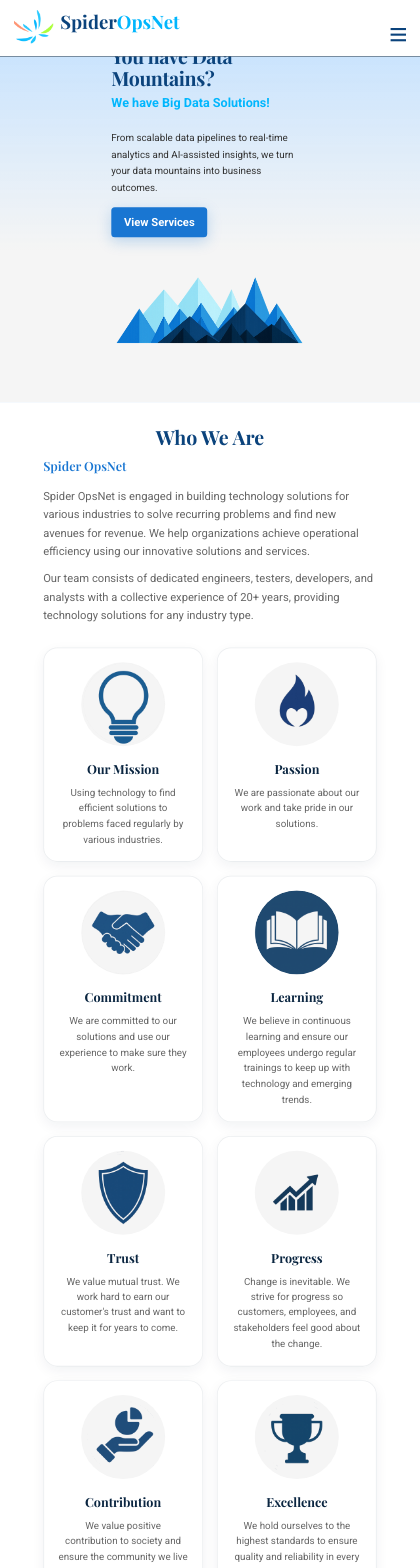
Repository: Yeshwanth-189/spiderOpsNet
Page: / (app in spideropsnet-frontend/)
An editor plug-in stored every save of this project. The page is shown before and after the next save, followed by the edit.
The browser window is 600 px wide. The pictures show the part of the page from y = 0 to 2240 px (the page is 3705 px tall before and 3765 px after), at 70% of full size.
The project was rebuilt for these pictures with package versions that can differ from the ones it lists, and the page was loaded fresh each time. Also part of the build but not shown: spideropsnet-frontend/vite.config.js.

Above is the page before, as saved 2025-09-04 19:40:09.

### spideropsnet-frontend/index.html
<!DOCTYPE html>
<html lang="en">
  <head>
    <meta charset="UTF-8" />
    <link rel="icon" type="image/svg+xml" href="/spideropsnet.svg" />
    <link
      href="https://fonts.googleapis.com/css2?family=Playfair+Display:wght@400;600;700&family=Roboto:wght@400;500;700&display=swap"
      rel="stylesheet"
    />
    <meta name="viewport" content="width=device-width, initial-scale=1.0" />
    <title>SpiderOpsNet</title>
  </head>
  <body>
    <div id="root"></div>
    <script type="module" src="/src/main.jsx"></script>
  </body>
</html>

### spideropsnet-frontend/src/App.jsx
import "./App.css";
import SpiderOpsNet from "./components/SpiderOpsNet";
import { BrowserRouter as Router, Routes, Route } from "react-router-dom";

function App() {
  return (
    <>
      <Router>
        <Routes>
          <Route path="/" element={<SpiderOpsNet />} />
          {/* <Route path="/overview" element={<Overview />} />
          <Route path="/profession" element={<Profession />} />
          <Route path="/projects" element={<Project />} />
          <Route path="/education" element={<Education />} />
          <Route path="/skills" element={<Skills />} />
          <Route path="/achievements" element={<Awards />} /> */}
        </Routes>
      </Router>
    </>
  );
}

export default App;

### spideropsnet-frontend/src/App.css
:root {
  /* Brand Colors */
  --color-primary: #0b437c; /* Dark Navy Blue */
  --color-secondary: #00b6fd; /* Professional Light Blue */

  /* Backgrounds */
  --color-bg: #ffffff;
  --color-bg-light: #f5f5f5;

  /* Neutral Grays */
  --color-gray-dark: #333333;
  --color-gray-mid: #666666;
  --color-gray-light: #f5f5f5;

  /* Status Colors */
  --color-success: #2e7d32;
  --color-warning: #ed6c02;
  --color-error: #d32f2f;

  /* Typography */
  --font-heading: "Playfair Display", serif;
  --font-body: "Roboto", sans-serif;

  /* Font Sizes (scalable for responsive design) */
  --text-h1: 2.5rem;
  --text-h2: 2rem;
  --text-h3: 1.5rem;
  --text-body: 1rem;
  --text-small: 0.875rem;

  /* Spacing (consistent padding/margin system) */
  --space-xs: 4px;
  --space-sm: 8px;
  --space-md: 16px;
  --space-lg: 24px;
  --space-xl: 32px;

  /* Border Radius */
  --radius-sm: 4px;
  --radius-md: 8px;
  --radius-lg: 16px;

  /* Shadows */
  --shadow-sm: 0 1px 2px rgba(0, 0, 0, 0.05);
  --shadow-md: 0 4px 6px rgba(0, 0, 0, 0.1);
  --shadow-lg: 0 10px 15px rgba(0, 0, 0, 0.15);
}

html,
body {
  margin: 0;
  padding: 0;
}
* {
  box-sizing: border-box;
}
/* Base Typography */
body {
  font-family: var(--font-body);
  font-size: var(--text-body);
  color: var(--color-gray-dark);
  background-color: var(--color-bg);
  margin: 0;
  padding: 0;
}

h1,
h2,
h3,
h4,
h5,
h6 {
  font-family: var(--font-heading);
  color: var(--color-primary);
  margin: 0 0 var(--space-md);
}

p {
  margin: 0 0 var(--space-md);
  color: var(--color-gray-mid);
}

### spideropsnet-frontend/src/components/SpiderOpsNet.jsx
import React from "react";
import Hero from "../components/Hero";
import NavBar from "../components/NavBar";
import About from "../components/About";
import Services from "../components/Services";
// import Experience from "../components/Experience";
// import Communications from "../components/Communications";
import "../styles/SpiderOpsNet.css";

function SpiderOpsNet() {
  return (
    <>
      <NavBar />
      <Hero />
      <About />
      <Services />
      {/* <Experience />
      <Communications /> */}
    </>
  );
}

export default SpiderOpsNet;

### spideropsnet-frontend/src/components/Hero.jsx
import React from "react";
import "../styles//Hero.css";
import DataMountains from "../assets/DataMountains.png";
// eslint-disable-next-line no-unused-vars
import { motion, useReducedMotion } from "framer-motion";

export default function Hero({
  title = "You have Data Mountains?",
  subtitle = "We have Big Data Solutions!",
  paragraph = "From scalable data pipelines to real-time analytics and AI-assisted insights, we turn your data mountains into business outcomes.",
  ctaText = "View Services",
  onCtaClick = () => {},
  imageAlt = "Abstract mountain range representing big data layers",
}) {
  const prefersReducedMotion = useReducedMotion();

  const initial = prefersReducedMotion ? { opacity: 0 } : { opacity: 0, y: 40 };
  const animate = prefersReducedMotion ? { opacity: 1 } : { opacity: 1, y: 0 };
  const transition = prefersReducedMotion
    ? { duration: 0.6, ease: "easeOut" }
    : { duration: 0.9, ease: "easeOut" };
  return (
    <motion.section
      className="hero"
      aria-label="Data Solutions Hero"
      initial={initial}
      animate={animate}
      transition={transition}
    >
      <header className="hero__header">
        <h1 className="hero__title">{title}</h1>
        <h1 className="hero__subtitle">{subtitle}</h1>
      </header>

      <div className="hero__left">
        <p className="hero__paragraph">{paragraph}</p>
        <button className="hero__cta" onClick={onCtaClick} aria-label={ctaText}>
          {ctaText}
        </button>
      </div>

      <figure className="hero__right">
        <img
          className="hero__image"
          src={DataMountains}
          alt={imageAlt}
          loading="eager"
        />
      </figure>
    </motion.section>
  );
}

### spideropsnet-frontend/src/components/NavBar.jsx
import React, { useState } from "react";
import { Link } from "react-router-dom";
import "../styles/NavBar.css";
import SpiderOpsNet from "../assets/SpiderOpsNet.png";

function Navbar() {
  const [isOpen, setIsOpen] = useState(false);

  return (
    <nav className="navbar">
      <div className="navbar-grid">
        <div className="col-1" />

        <div className="col-2to11 navbar-content">
          <div className="navbar-logo">
            <img
              alt="logo"
              className="navbar-logo-image"
              src={SpiderOpsNet}
            ></img>
            <h2>
              <span className="primary"></span>Spider
              <span className="secondary">OpsNet</span>
            </h2>
            <div className="hamburger" onClick={() => setIsOpen(!isOpen)}>
              <span className={isOpen ? "bar rotate-top" : "bar"}></span>
              <span className={isOpen ? "bar fade" : "bar"}></span>
              <span className={isOpen ? "bar rotate-bottom" : "bar"}></span>
            </div>
          </div>

          {/* Links */}
          <div className={`navbar-links ${isOpen ? "open" : ""}`}>
            <Link to="/Home" onClick={() => setIsOpen(false)}>
              Home
            </Link>
            <Link to="/About" onClick={() => setIsOpen(false)}>
              About
            </Link>
            <Link to="/Services" onClick={() => setIsOpen(false)}>
              Services
            </Link>
            <Link to="/Courses" onClick={() => setIsOpen(false)}>
              Courses
            </Link>
            <Link to="/Projects" onClick={() => setIsOpen(false)}>
              Projects
            </Link>
            <Link to="/Blogs" onClick={() => setIsOpen(false)}>
              Blogs
            </Link>
            <Link to="/Contact" onClick={() => setIsOpen(false)}>
              Contact
            </Link>
          </div>
        </div>

        <div className="col-12" />
      </div>
    </nav>
  );
}

export default Navbar;

### spideropsnet-frontend/src/components/Services.jsx
import React from "react";
// eslint-disable-next-line no-unused-vars
import { motion } from "framer-motion";
import "../styles/Services.css";

const defaultServices = [
  {
    id: 1,
    title: "Analysis of Data Ecosystem",
    text: "Comprehensive assessment of your current data environment to identify strengths, gaps, and opportunities.",
    image: "/assets/services/data-analysis.png",
  },
  {
    id: 2,
    title: "Planning, Design and Migration to Big Data Technology",
    text: "Strategic planning and execution for migrating legacy systems into scalable Big Data platforms.",
    image: "/assets/services/bigdata-migration.png",
  },
  {
    id: 3,
    title: "Big Data Consultancy",
    text: "Expert advice and roadmaps to leverage Big Data solutions that align with your business goals.",
    image: "/assets/services/bigdata-consultancy.png",
  },
  {
    id: 4,
    title: "Development of Interfaces to Data Analytics",
    text: "Design and implementation of robust interfaces to integrate and visualize analytics effectively.",
    image: "/assets/services/data-interfaces.png",
  },
  {
    id: 5,
    title: "Mobile Interface Development",
    text: "Custom mobile apps and responsive dashboards for accessing analytics and insights on the go.",
    image: "/assets/services/mobile-interface.png",
  },
  {
    id: 6,
    title: "Hadoop Cluster Planning and Implementation",
    text: "End-to-end Hadoop cluster design, deployment, and optimization for large-scale data processing.",
    image: "/assets/services/hadoop-cluster.png",
  },
  {
    id: 7,
    title: "Hadoop Ecosystem Products Support",
    text: "Setup, monitoring, and support for Hadoop ecosystem tools like Hive, Pig, Spark, and HBase.",
    image: "/assets/services/hadoop-support.png",
  },
  {
    id: 8,
    title: "SAP HANA Based Application Development",
    text: "Building high-performance applications powered by SAP HANA for real-time analytics.",
    image: "/assets/services/sap-hana.png",
  },
  {
    id: 9,
    title: "Embedded and Sensor Systems Development",
    text: "Custom solutions for IoT, embedded devices, and sensor-based data collection systems.",
    image: "/assets/services/embedded-systems.png",
  },
];

export default function Services({ services = defaultServices }) {
  return (
    <section className="services-section" aria-labelledby="services-heading">
      {/* 1st column (hidden gutter) */}
      <div className="gutter" aria-hidden="true" />
      {/* Content spans columns 2–11 */}
      <div className="services-content">
        <motion.h2
          id="services-heading"
          className="services-title"
          initial={{ y: 24, opacity: 0 }}
          animate={{ y: 0, opacity: 1 }}
          transition={{ duration: 0.6, ease: [0.22, 1, 0.36, 1] }}
        >
          Our Services
        </motion.h2>

        {/* Inner 2-column grid of cards (each row has two cards) */}
        <div className="services-grid">
          {services.map((s) => (
            <article className="service-card" key={s.id}>
              <div className="service-media">
                <img src={s.image} alt={s.title} loading="lazy" />
              </div>
              <div className="service-body">
                <h3 className="service-title">{s.title}</h3>
                <p className="service-text">{s.text}</p>
              </div>
            </article>
          ))}
        </div>
      </div>
      {/* 12th column (hidden gutter) */}
      <div className="gutter" aria-hidden="true" />
    </section>
  );
}

### spideropsnet-frontend/src/styles/Hero.css
:root {
  --brand-primary: var(--color-primary, #0a2540); /* Dark Navy */
  --brand-accent: var(--color-accent, #1976d2); /* Light Blue */
  --surface: var(--color-surface, #ffffff);
  --text: var(--color-text, #333333);
  --muted: var(--color-muted, #666666);
  --elev: 24px;
}

/* Grid shell: 12 columns desktop, 4 columns mobile */
.hero {
  --gutter: clamp(12px, 2vw, 24px);
  display: grid;
  grid-template-columns:
    [line1] 1fr /* empty gutter */
    [line2] repeat(10, minmax(0, 1fr)) /* content */
    [line12] 1fr /* empty gutter */
    [line13];
  gap: var(--gutter);
  padding: clamp(32px, 6vw, 80px) var(--gutter);
  background: linear-gradient(180deg, rgb(195, 225, 255), transparent 60%),
    var(--surface);
  color: var(--text);
  margin-top: 5%;
}

.hero__header {
  grid-column: 3 / 12;
}

.hero__title {
  margin: 0 0 8px 0;
  font-size: clamp(28px, 4vw, 56px);
  line-height: 1.1;
  letter-spacing: -0.02em;
  color: var(--brand-primary);
  font-family: "Playfair Display", ui-serif, Georgia, serif;
}

.hero__subtitle {
  margin: 0 0 clamp(16px, 2.5vw, 28px) 0;
  font-size: clamp(18px, 2.2vw, 28px);
  line-height: 1.2;
  color: var(--color-secondary);
  font-family: Roboto, system-ui, -apple-system, Segoe UI, "Helvetica Neue",
    Arial, sans-serif;
}

.hero__left {
  grid-column: 3 / 6;
  align-self: start;
}

.hero__paragraph {
  margin: 0 0 16px 0;
  font-size: clamp(14px, 1.2vw, 18px);
  line-height: 1.7;
  color: var(--color-gray-dark);
}

.hero__cta {
  appearance: none;
  border: none;
  cursor: pointer;
  padding: 12px 18px;
  border-radius: 5px;
  background: var(--brand-accent);
  color: #fff;
  font-weight: 600;
  font-size: 16px;
  box-shadow: 0 6px 20px rgba(25, 118, 210, 0.25);
  transition: transform 120ms ease, box-shadow 120ms ease, filter 120ms ease;
}

.hero__cta:hover {
  transform: translateY(-1px);
  box-shadow: 0 10px 28px rgba(25, 118, 210, 0.35);
}

.hero__cta:active {
  transform: translateY(0);
  filter: brightness(0.96);
}

/* Right block: lines 6 → 12 (i.e., cols 6–11 inclusive) */
.hero__right {
  grid-column: 6 / 12;
  margin: 0;
}

.hero__image {
  width: 100%;
  height: auto;
  display: block;
}

/* Responsive: switch to 4-column grid on mobile */
@media (max-width: 767.98px) {
  .hero {
    grid-template-columns:
      [m1] 1fr /* empty */
      [m2] repeat(2, minmax(0, 1fr)) /* content */
      [m4] 1fr /* empty */
      [m5];
  }

  .hero__header,
  .hero__left,
  .hero__right {
    grid-column: 2 / 4; /* span the two content columns */
  }

  .hero__right {
    order: 3;
  }
  .hero__left {
    order: 2;
  }
  .hero__header {
    order: 1;
  }
}

/* Prefers-reduced-motion respect */
@media (prefers-reduced-motion: reduce) {
  .hero__cta {
    transition: none;
  }
}

### spideropsnet-frontend/src/styles/NavBar.css
.navbar {
  position: fixed;
  width: 100%;
  background-color: var(--color-bg);
  z-index: 999;
  padding: 12px 0;
}

.navbar-grid {
  display: grid;
  grid-template-columns: repeat(12, 1fr);
  align-items: center;
  max-width: 1400px;
  margin: 0 auto;
  padding: 0 20px;
}

.col-1 {
  grid-column: 1 / 2;
}

.col-2to11 {
  grid-column: 2 / 12;
  display: flex;
  justify-content: space-between;
  align-items: center;
}

.col-12 {
  display: none;
}

/* Left: Logo */
.navbar-logo {
  font-family: "Playfair Display", serif;
  font-size: 1.3rem;
  color: var(--color-primary);
  display: flex;
  justify-content: flex-start;
  align-items: flex-start;
  gap: 10px;
  width: 100%;
}

.navbar-logo-image {
  width: 5%;
}

.primary {
  color: #0a2540;
}

.secondary {
  color: #00b6fd;
}

/* Right: Links */
.navbar-links {
  display: flex;
  gap: 32px;
  font-family: "Playfair Display", serif;
  font-size: 0.95rem;
}

.navbar-links a {
  color: var(--color-secondary);
  text-decoration: none;
  transition: color 0.3s ease;
  position: relative;
}

.navbar-links a:hover {
  color: --color-primary;
}

.navbar-links a::after {
  content: "";
  display: block;
  height: 2px;
  width: 0;
  background-color: var(--color-secondary);
  transition: width 0.3s ease;
  position: absolute;
  bottom: -4px;
  left: 0;
}

.navbar-links a:hover::after {
  width: 100%;
}
.hamburger {
  display: none;
  flex-direction: column;
  justify-content: center;
  align-items: flex-end;
  gap: 5px;
  margin-left: auto;
  cursor: pointer;
  z-index: 1000;
}

.bar {
  width: 22px;
  height: 3px;
  background-color: var(--color-primary);
  transition: all 0.3s ease;
}

.rotate-top {
  transform: rotate(45deg) translateY(8px);
}

.fade {
  opacity: 0;
}

.rotate-bottom {
  transform: rotate(-45deg) translateY(-8px);
}

/* Responsive */
@media screen and (max-width: 768px) {
  .navbar-grid {
    grid-template-columns: 1fr;
  }

  .col-2to11 {
    flex-direction: column;
    gap: 14px;
    grid-column: span 12;
  }

  .navbar-logo {
    font-size: 1.1rem;
  }

  .navbar-logo-image {
    width: 10%;
  }

  .navbar-links {
    flex-direction: column;
    gap: 12px;
  }
  @media screen and (max-width: 768px) {
    .hamburger {
      margin-top: 5%;
      display: flex;
    }
    .navbar {
      top: 0;
      border-bottom: 1px solid #0a2540;
    }

    .navbar-links {
      display: none;
      flex-direction: column;
      gap: 16px;
      margin-top: 1rem;
      width: 100%;
    }

    .navbar-links.open {
      display: flex;
      animation: fadeIn 0.3s ease-in-out;
    }
  }

  @keyframes fadeIn {
    from {
      opacity: 0;
      transform: translateY(-10px);
    }
    to {
      opacity: 1;
      transform: translateY(0);
    }
  }
}

### spideropsnet-frontend/src/styles/About.css
/* Optional: inherit brand tokens if you already have variables.css */
:root {
  --brand-navy: #0a2540; /* Primary */
  --brand-blue: #1976d2; /* Secondary */
  --bg: #ffffff;
  --text-dark: #333333;
  --text-mid: #666666;
  --surface: #f5f5f5;
}

/* Layout wrapper */
.about-wrap {
  background: var(--bg);
  color: var(--text-dark);
  width: 100%;
}

/* 12-column grid with hidden 1st & 12th columns */
.about-grid {
  display: grid;
  grid-template-columns: repeat(12, minmax(0, 1fr));
  gap: 0; /* outer grid has no gap; inner content controls spacing */
  max-width: 1200px;
  margin: 0 auto;
  padding: 48px 16px;
}

.gutter-left,
.gutter-right {
  display: none; /* explicitly hidden */
}

/* Content spans columns 2–11 */
.about-content {
  grid-column: 2 / 12;
}

/* Intro block */
.about-intro {
  margin-bottom: 32px;
}

.about-title {
  font-family: "Playfair Display", Georgia, serif;
  font-weight: 700;
  font-size: clamp(28px, 4vw, 40px);
  color: var(--color-primary);
  margin: 0 0 8px 0;
  line-height: 1.2;
  text-align: center;
  width: 100%;
  margin: 0 auto 12px auto;
}

.about-subtitle {
  font-family: "Playfair Display", Georgia, serif;
  font-weight: 600;
  font-size: clamp(18px, 2.5vw, 24px);
  color: var(--brand-blue);
  margin: 0 0 16px 0;
}

.about-paragraph {
  font-family: "Roboto", system-ui, -apple-system, Segoe UI, Arial, sans-serif;
  font-size: 16px;
  line-height: 1.65;
  color: var(--text-mid);
  margin: 0 0 12px 0;
}

/* Cards grid: makes 4 on top, 3 on bottom naturally with 7 items */
.cards-grid {
  display: grid;
  grid-template-columns: repeat(4, minmax(0, 1fr));
  gap: 20px;
}

/* Card */
.card {
  background: #fff;
  border: 1px solid rgba(10, 37, 64, 0.08);
  border-radius: 20px;
  padding: 20px;
  box-shadow: 0 6px 18px rgba(10, 37, 64, 0.06);
  display: flex;
  flex-direction: column;
  align-items: center;
  text-align: center;

  /* subtle hover */
  transition: transform 240ms ease, box-shadow 240ms ease,
    border-color 240ms ease;
}

.card:hover {
  transform: translateY(-4px);
  box-shadow: 0 10px 24px rgba(10, 37, 64, 0.1);
  border-color: rgba(25, 118, 210, 0.25);
}

.card-img-wrap {
  width: 120px;
  height: 120px;
  border-radius: 50%;
  background: var(--surface);
  display: grid;
  place-items: center;
  margin-bottom: 14px;
  overflow: hidden;
}

.card-img-wrap img {
  width: 100%;
  height: 100%;
  object-fit: cover;
}

.card-title {
  font-family: "Playfair Display", Georgia, serif;
  font-size: 18px;
  font-weight: 700;
  color: var(--brand-navy);
  margin: 6px 0 8px 0;
}

.card-text {
  font-family: "Roboto", system-ui, -apple-system, Segoe UI, Arial, sans-serif;
  font-size: 14px;
  color: var(--text-mid);
  line-height: 1.6;
  margin: 0;
}

/* Load-in animation */
.fade-up {
  opacity: 0;
  transform: translateY(16px);
  animation: fadeUp 600ms ease-out forwards;
}

@keyframes fadeUp {
  to {
    opacity: 1;
    transform: translateY(0);
  }
}

/* Responsive tweaks */
@media (max-width: 1024px) {
  .cards-grid {
    grid-template-columns: repeat(3, minmax(0, 1fr));
  }
}

@media (max-width: 768px) {
  .about-grid {
    padding: 32px 14px;
  }
  .cards-grid {
    grid-template-columns: repeat(2, minmax(0, 1fr));
  }
}

@media (max-width: 480px) {
  .cards-grid {
    grid-template-columns: 1fr;
  }
}

### spideropsnet-frontend/src/styles/Services.css
/* Root section: 12-column grid */
.services-section {
  display: grid;
  grid-template-columns: repeat(12, minmax(0, 1fr));
  gap: 0; /* gutters are handled as empty columns */
  width: 100%;
  margin: 0 auto;
  padding: 48px 0;
  box-sizing: border-box;
  background-image: url("../assets/services-bg.png"); /* your path */
  background-size: cover; /* cover entire section */
  background-position: center;
  background-repeat: no-repeat;
}

.services-content {
  position: relative;
  z-index: 1; /* ensure text stays above overlay */
}

/* First and last columns act as hidden gutters on large screens */
.gutter {
  display: block;
}

/* Content spans columns 2–11 */
.services-content {
  grid-column: 2 / 12;
  padding: 0 16px;
}

/* Title styles */
.services-title {
  font-family: "Playfair Display", serif; /* adjust to your brand */
  font-weight: 700;
  font-size: clamp(28px, 2.5vw, 40px);
  line-height: 1.2;
  text-align: center;
  margin: 0 0 28px 0;

  letter-spacing: 0.3px;
}

/* Inner grid: 2 columns for cards, equal width */
.services-grid {
  display: grid;
  grid-template-columns: repeat(2, minmax(0, 1fr));
  gap: 20px;
}

/* Card layout: image left, text right */
.service-card {
  display: grid;
  grid-template-columns: 96px 1fr;
  align-items: center;
  gap: 16px;
  padding: 16px;
  border: 1px solid #e6e8ec;
  border-radius: 14px;
  background: #ffffff;
  box-shadow: 0 1px 2px rgba(10, 37, 64, 0.06);
  transform: translateY(0);
  transition: transform 220ms ease, box-shadow 220ms ease,
    border-color 220ms ease;
  will-change: transform;
}

.service-card:hover {
  transform: translateY(-6px);
  box-shadow: 0 10px 20px rgba(10, 37, 64, 0.12);
  border-color: #d9dde3;
}

/* Image container */
.service-media {
  width: 96px;
  height: 96px;
  display: grid;
  place-items: center;
  border-radius: 12px;
  background: #f5f7fb; /* subtle backdrop behind icon */
  overflow: hidden;
}

.service-media img {
  max-width: 72px;
  max-height: 72px;
  object-fit: contain;
  display: block;
}

/* Text block */
.service-body {
  display: grid;
  align-content: center;
  gap: 6px;
}

.service-title {
  margin: 0;
  font-size: 18px;
  font-weight: 700;
  line-height: 1.3;
  color: var(--color-secondary);
}

.service-text {
  margin: 0;
  font-size: 14px;
  line-height: 1.6;
  color: #333333;
}

/* Respect reduced motion */
@media (prefers-reduced-motion: reduce) {
  .service-card,
  .services-title {
    transition: none !important;
    transform: none !important;
  }
}

/* Responsiveness */
@media (max-width: 1100px) {
  .services-content {
    grid-column: 2 / 12; /* still 2–11; gutters remain */
  }
}

@media (max-width: 900px) {
  .services-grid {
    grid-template-columns: 1fr; /* stack to single column on tablet/mobile */
  }

  .service-card {
    grid-template-columns: 72px 1fr;
    padding: 14px;
  }

  .service-media {
    width: 72px;
    height: 72px;
  }

  .service-media img {
    max-width: 56px;
    max-height: 56px;
  }
}

Loaded but not shown: spideropsnet-frontend/src/main.jsx (common file); spideropsnet-frontend/src/index.css (common file); spideropsnet-frontend/src/components/About.jsx (129 lines, source omitted); spideropsnet-frontend/src/styles/SpiderOpsNet.css (no stored copy; drawn as an empty file)

After the next save:
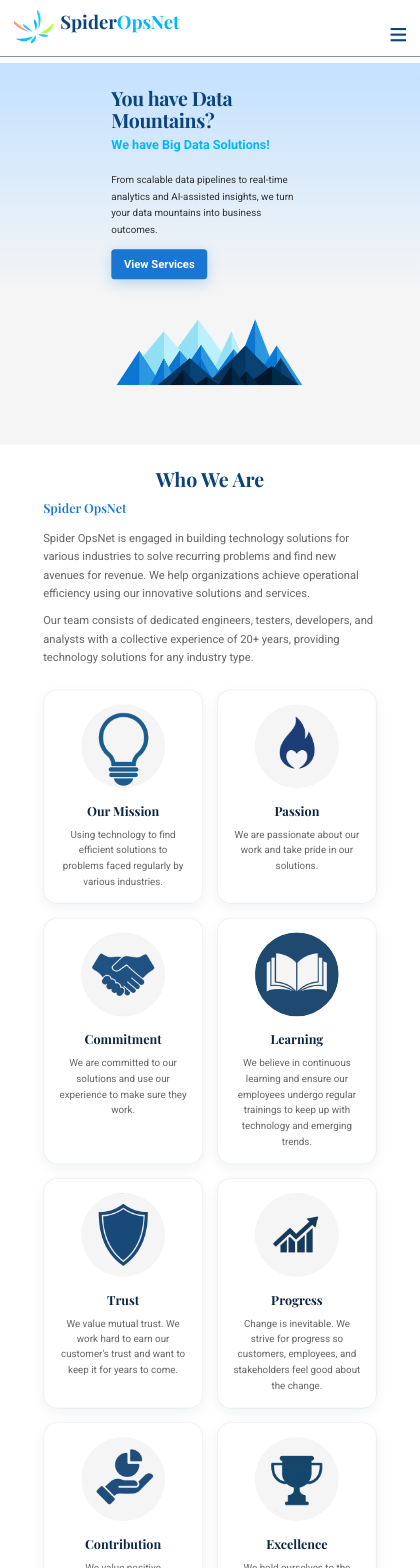
Saved 92 s later.
--- a/spideropsnet-frontend/src/styles/Hero.css
+++ b/spideropsnet-frontend/src/styles/Hero.css
@@ -102,6 +102,7 @@
       [m2] repeat(2, minmax(0, 1fr)) /* content */
       [m4] 1fr /* empty */
       [m5];
+    margin-top: 15%;
   }
 
   .hero__header,
